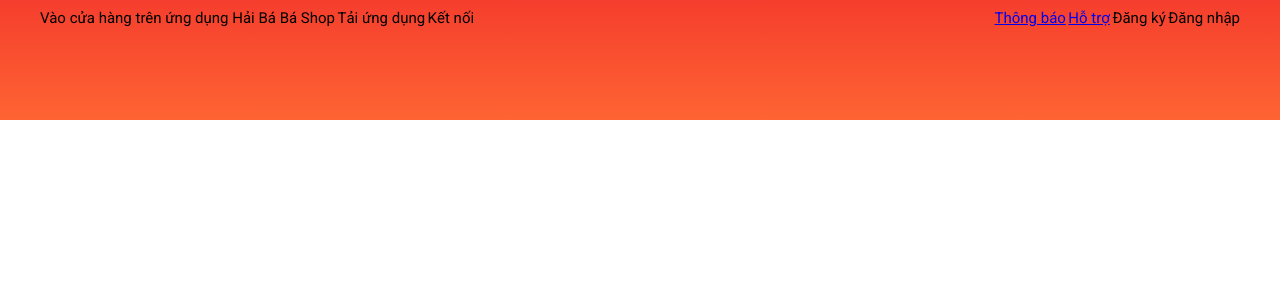
Repository: 0385246651/Shoppee-UI
Page: index.html
These files come from the project's save history. The page is drawn as it stood at one moment and after the next save; the edit follows.
The browser window is 1280 px wide. The pictures show the whole page.

Above is the page before, as saved 2022-11-03 17:32:37.

### index.html
<!DOCTYPE html>
<html lang="en">

<head>
    <meta charset="UTF-8">
    <meta http-equiv="X-UA-Compatible" content="IE=edge">
    <meta name="viewport" content="width=device-width, initial-scale=1.0">
    <title>Shoppee Fake</title>
    <link rel="stylesheet" href="https://cdnjs.cloudflare.com/ajax/libs/normalize/8.0.1/normalize.min.css"
        integrity="sha512-NhSC1YmyruXifcj/KFRWoC561YpHpc5Jtzgvbuzx5VozKpWvQ+4nXhPdFgmx8xqexRcpAglTj9sIBWINXa8x5w=="
        crossorigin="anonymous" referrerpolicy="no-referrer" />

    <link rel="preconnect" href="https://fonts.googleapis.com">
    <link rel="preconnect" href="https://fonts.gstatic.com" crossorigin>
    <link href="https://fonts.googleapis.com/css2?family=Roboto:wght@400;500;700&display=swap" rel="stylesheet">

    <link rel="stylesheet" href="./assets/css/base.css">
    <link rel="stylesheet" href="./assets/css/main.css">
</head>

<body>
    <div class="app ">
        <header class="header">
            <div class="grib">
                <nav class="header__navbar">
                    <ul class="header__navbar-list">
                        <li class="header__navbar-item">
                            Vào cửa hàng trên ứng dụng Hải Bá Bá Shop
                        </li>

                        <li class="header__navbar-item">
                            Tải ứng dụng
                        </li>

                        <li class=" header__navbar-item">
                            Kết nối
                        </li>
                    </ul>

                    <ul class="header__navbar-list">
                        <li class="header__navbar-item">
                            <a href="#" class="header__navbar-item-link">Thông báo</a>
                        </li>

                        <li class="header__navbar-item">
                            <a href="#" class="header__navbar-item-link">Hỗ trợ</a>

                        </li>

                        <li class=" header__navbar-item">
                            Đăng ký
                        </li>

                        <li class=" header__navbar-item">

                            Đăng nhập
                        </li>
                    </ul>
                </nav>
            </div>
        </header>

        <div class=" container">

        </div>

        <footer class="footer"></footer>
    </div>
</body>

</html>

### assets/css/base.css
/* Reset CSS */
:root{
    --white-color: #fff;
    --black-color: #000;
    ---text-color: #333;
}

*{
    box-sizing: inherit;

}

html{
    /* Hack  */
    font-size: 62.5%;
    line-height: 1.6rem;
    font-family: 'Roboto', sans-serif;
    box-sizing: border-box;
}

body{

}

.grib{
    width: 1200px;
    max-width: 100%;
    margin: 0 auto;
}

.grib__full-width{
    width: 100%;
}

.grib__row{
    display: flex;
    flex-wrap: wrap;
}

### assets/css/main.css
.header{
    height: 120px;
    background-image: linear-gradient(0, #fe6433, #f53e2d);
    }

    .header__navbar{
        display: flex;
        justify-content: space-between;
    }

    .header__navbar-list{
        list-style: none;
        text-decoration: none;
        padding-left: 0;
    }

    .header__navbar-item,
    .header__navbar-item-link{
        display: inline-block;
        font-size: 1.5rem;
    }

After the next save:
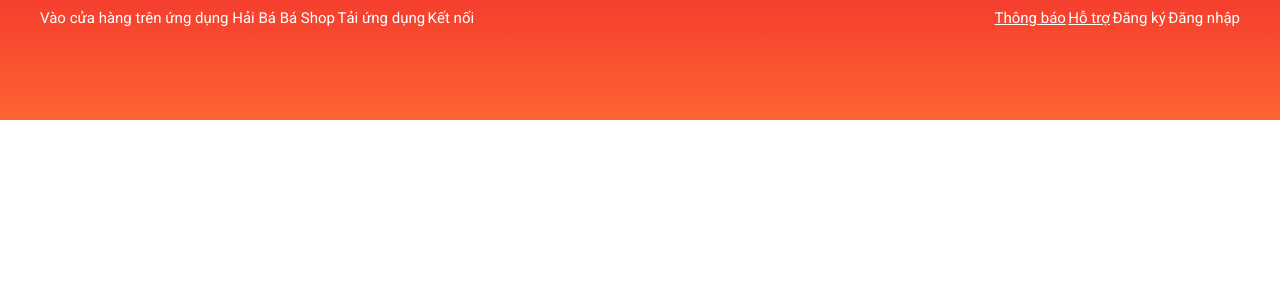
Saved 17 s later.
--- a/assets/css/main.css
+++ b/assets/css/main.css
@@ -18,4 +18,5 @@
     .header__navbar-item-link{
         display: inline-block;
         font-size: 1.5rem;
+        color: var(--white-color);
     }
